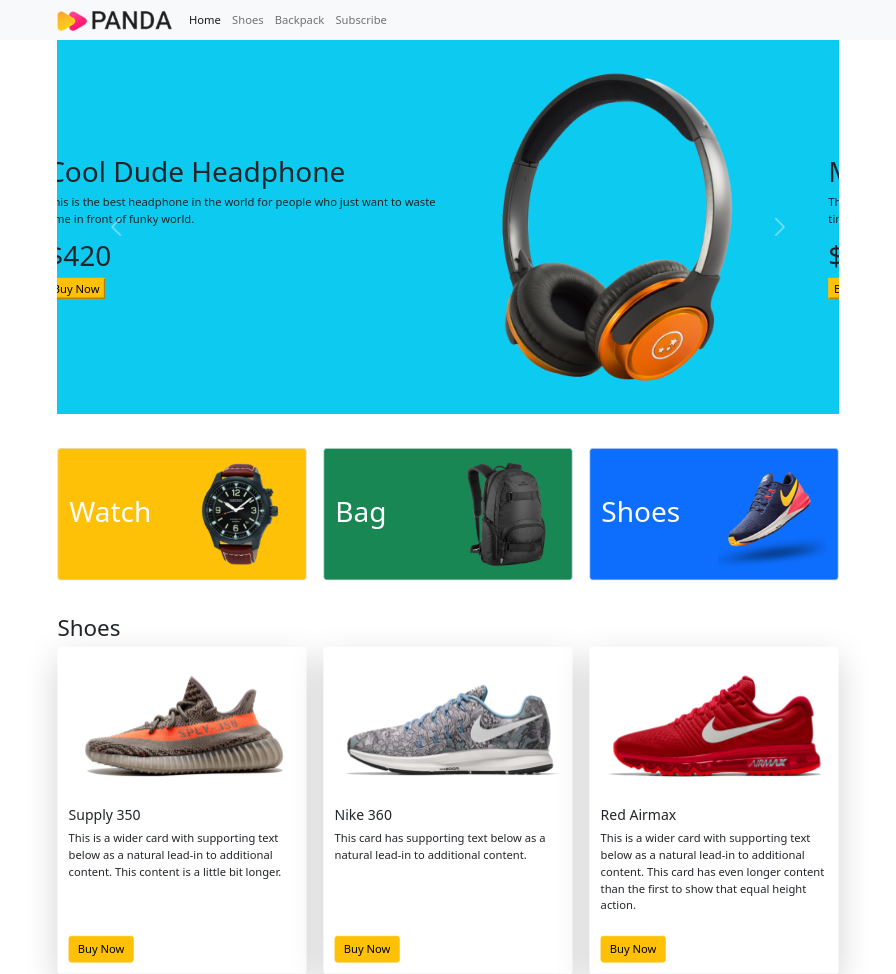
Repository: mdmohiddin/panda-commerce-rp
Page: index.html
An editor plug-in stored every save of this project. The page is shown before and after the next save, followed by the edit.
The browser window is 1280 px wide. The pictures show the whole page, at 70% of full size.

Above is the page before, as saved 2021-07-28 18:48:57.

After the next save:
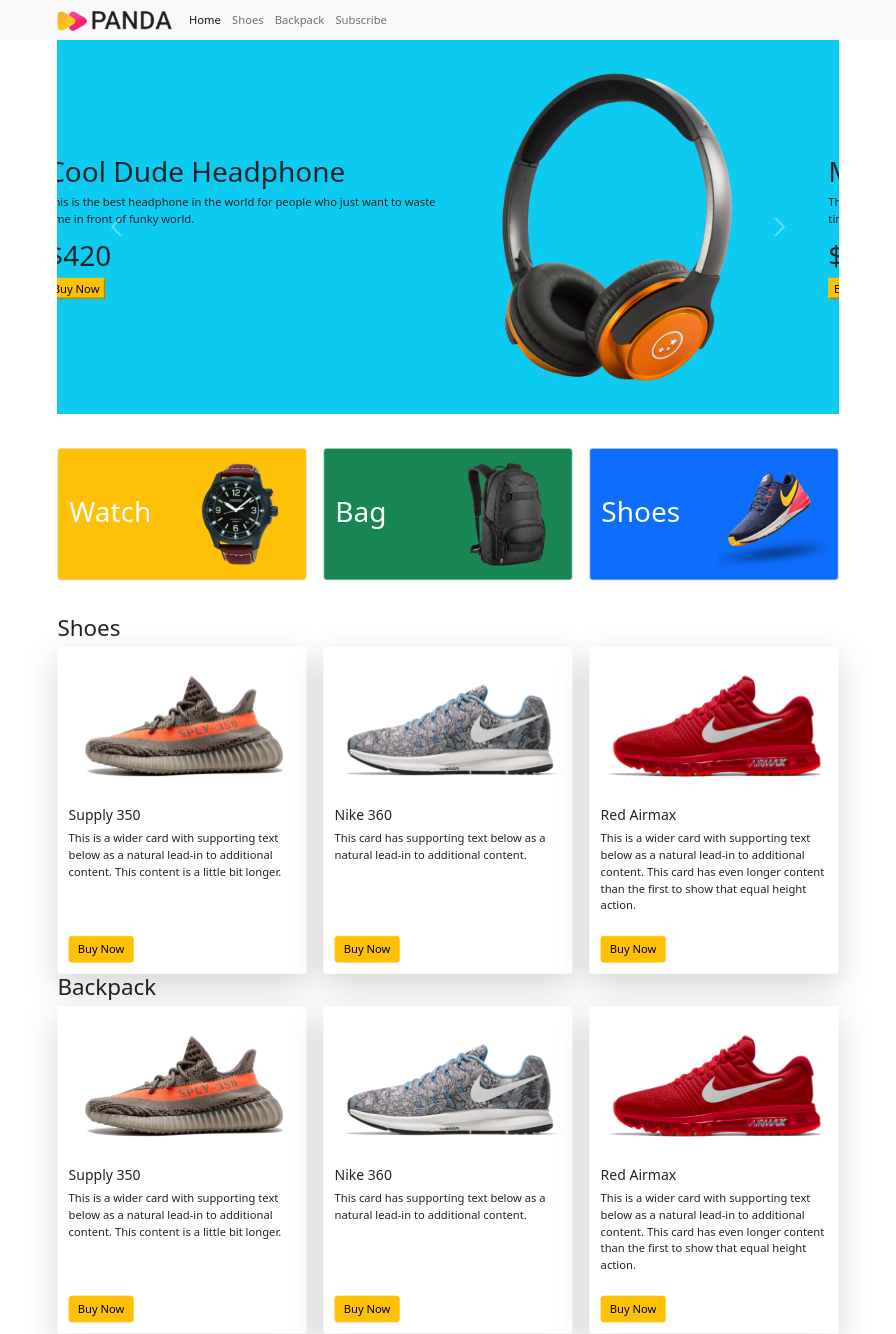
Saved 29 min 49 s later.
--- a/index.html
+++ b/index.html
@@ -180,6 +180,52 @@
                 </div>
               </div>
         </section>
+
+        <!-- Backpack -->
+        <section class="container">
+            <h2>Backpack</h2>
+            <div class="row row-cols-1 row-cols-md-2 row-cols-lg-3 g-4">
+
+                <div class="col">
+                  <div class="card h-100 border-0 shadow-lg">
+                    <img src="images/shoes/shoe-1.png" class="card-img-top" alt="...">
+                    <div class="card-body">
+                      <h5 class="card-title">Supply 350</h5>
+                      <p class="card-text">This is a wider card with supporting text below as a natural lead-in to additional content. This content is a little bit longer.</p>
+                    </div>
+                    <div class="m-3">
+                     <button class="btn btn-warning">Buy Now</button>
+                    </div>
+                  </div>
+                </div>
+
+                <div class="col">
+                  <div class="card h-100 border-0 shadow-lg">
+                    <img src="images/shoes/shoe-2.png" class="card-img-top" alt="...">
+                    <div class="card-body">
+                      <h5 class="card-title">Nike 360</h5>
+                      <p class="card-text">This card has supporting text below as a natural lead-in to additional content.</p>
+                    </div>
+                    <div class="m-3">
+                      <button class="btn btn-warning">Buy Now</button>
+                    </div>
+                  </div>
+                </div>
+
+                <div class="col">
+                  <div class="card h-100 border-0 shadow-lg">
+                    <img src="images/shoes/shoe-3.png" class="card-img-top" alt="...">
+                    <div class="card-body">
+                      <h5 class="card-title">Red Airmax</h5>
+                      <p class="card-text">This is a wider card with supporting text below as a natural lead-in to additional content. This card has even longer content than the first to show that equal height action.</p>
+                    </div>
+                    <div class="m-3">
+                     <button class="btn btn-warning">Buy Now</button>
+                    </div>
+                  </div>
+                </div>
+              </div>
+        </section>
     </main>
     <footer>
 
